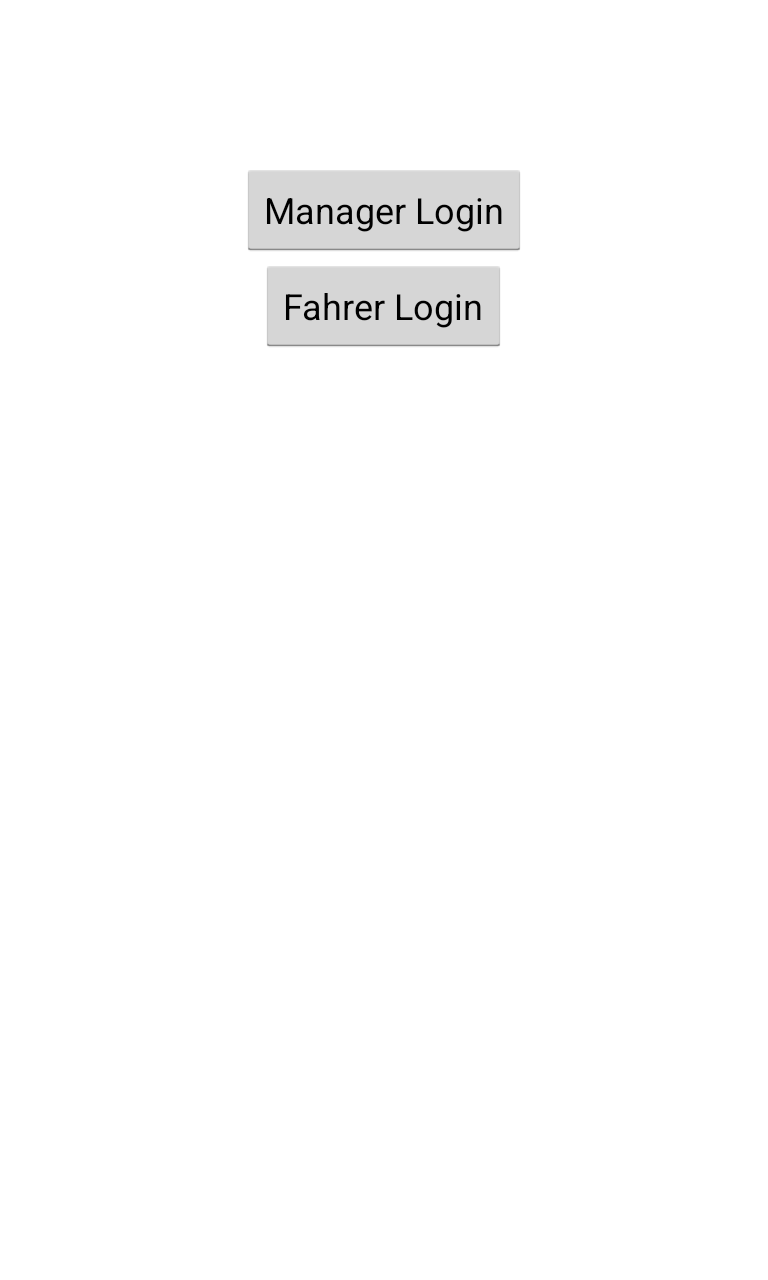
Repository: VroniZinsser/Kurierdienst
Layout: KurierdienstVroni/res/layout/activity_kurierdienst_start.xml
The author's editor kept a copy of each file at every save. The layout is drawn from the files as they stood at one save, then again after the next save.
It is drawn on a 768 x 1280 px phone screen (xhdpi) without system bars, with theme AppTheme; the app's code is not run.

Above is the layout before, as saved 2014-07-14 16:32:52.

### KurierdienstVroni/res/layout/activity_kurierdienst_start.xml
<RelativeLayout xmlns:android="http://schemas.android.com/apk/res/android"
    xmlns:tools="http://schemas.android.com/tools"
    android:layout_width="match_parent"
    android:layout_height="match_parent"
    android:paddingBottom="@dimen/activity_vertical_margin"
    android:paddingLeft="@dimen/activity_horizontal_margin"
    android:paddingRight="@dimen/activity_horizontal_margin"
    android:paddingTop="@dimen/activity_vertical_margin"
    tools:context=".KurierdienstStart" >

    <Button
        android:id="@+id/managerLogin"
        android:layout_width="wrap_content"
        android:layout_height="wrap_content"
        android:layout_centerHorizontal="true"
        android:layout_marginTop="130px"
        android:text="Manager Login" />

     <Button
        android:layout_width="wrap_content"
        android:layout_height="wrap_content"
        android:layout_centerHorizontal="true"
        android:layout_below="@id/managerLogin"
        android:text="Fahrer Login" />


</RelativeLayout>

Loaded but not shown: KurierdienstVroni/res/values/styles.xml (common file); KurierdienstVroni/res/values-v11/styles.xml (common file); KurierdienstVroni/res/values-v14/styles.xml (common file); KurierdienstVroni/res/values/dimens.xml (common file)

After the next save:
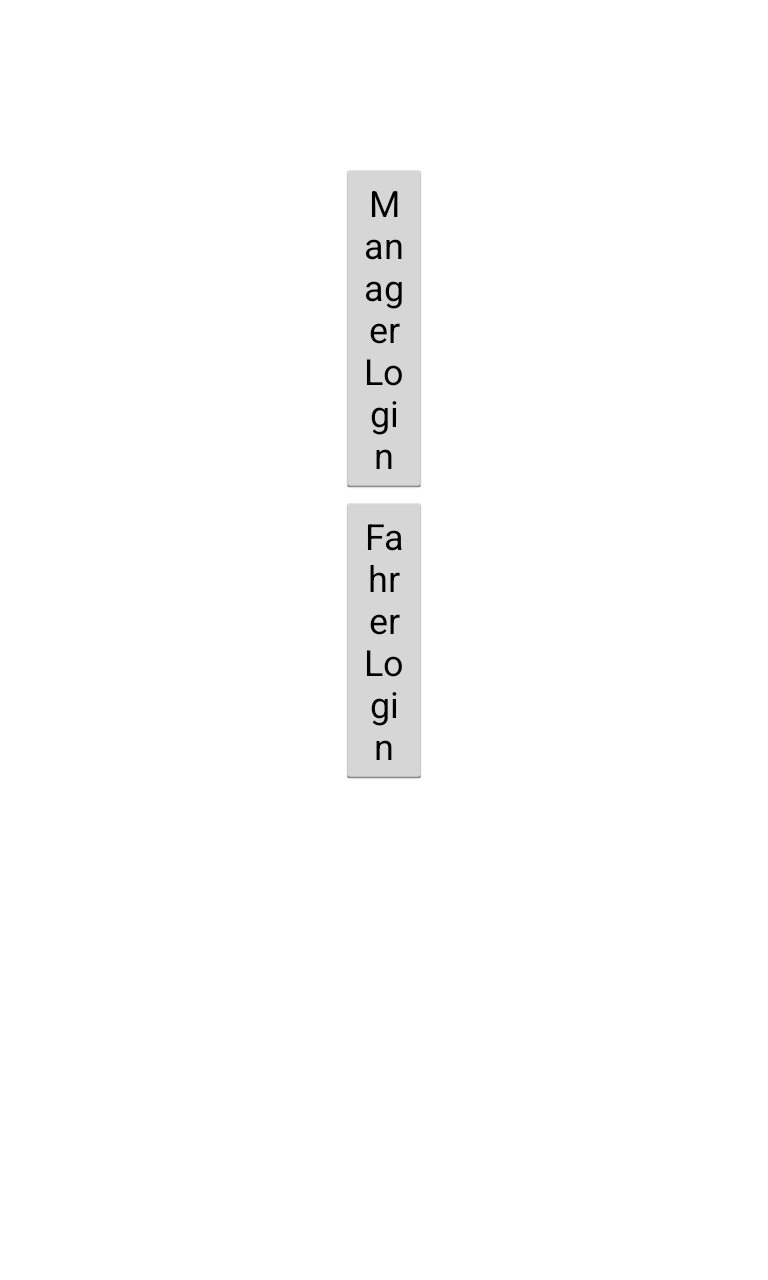
Saved 20 s later.
--- a/KurierdienstVroni/res/layout/activity_kurierdienst_start.xml
+++ b/KurierdienstVroni/res/layout/activity_kurierdienst_start.xml
@@ -10,14 +10,14 @@
 
     <Button
         android:id="@+id/managerLogin"
-        android:layout_width="wrap_content"
+        android:layout_width="90px"
         android:layout_height="wrap_content"
         android:layout_centerHorizontal="true"
         android:layout_marginTop="130px"
         android:text="Manager Login" />
 
      <Button
-        android:layout_width="wrap_content"
+        android:layout_width="90px"
         android:layout_height="wrap_content"
         android:layout_centerHorizontal="true"
         android:layout_below="@id/managerLogin"
